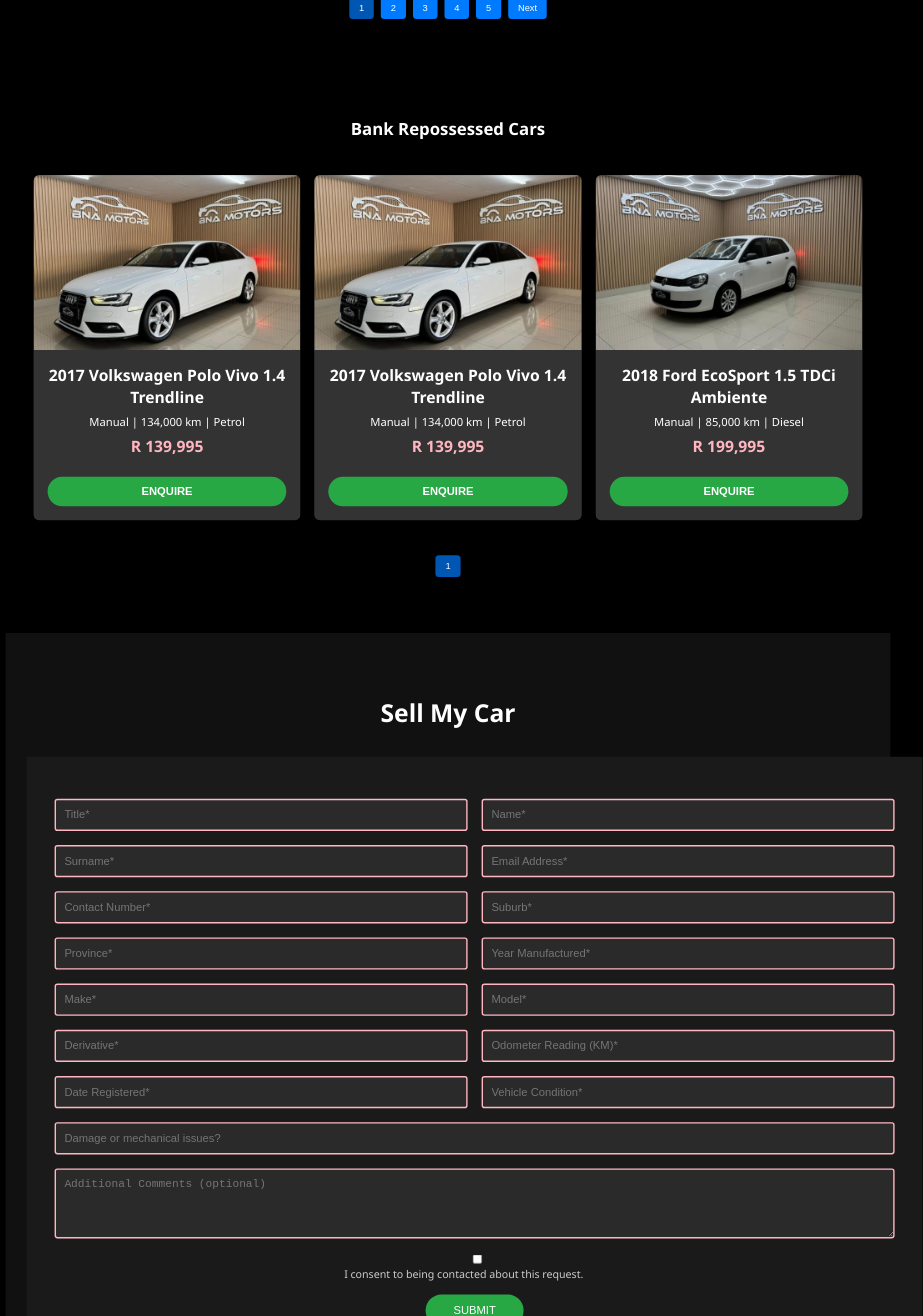
Repository: The-man-of-books/BNA2
Page: index.html
An editor plug-in stored every save of this project. The page is shown before and after the next save, followed by the edit.
The browser window is 1280 px wide. The page is 1318 px wide, so the pictures cover 1318 px, including what lies to the right of the window. The pictures show the part of the page from y = 2313 to 4193 px (the page is 9751 px tall before and 9742 px after), at 70% of full size.

Above is the page before, as saved 2025-07-03 00:10:50.

After the next save:
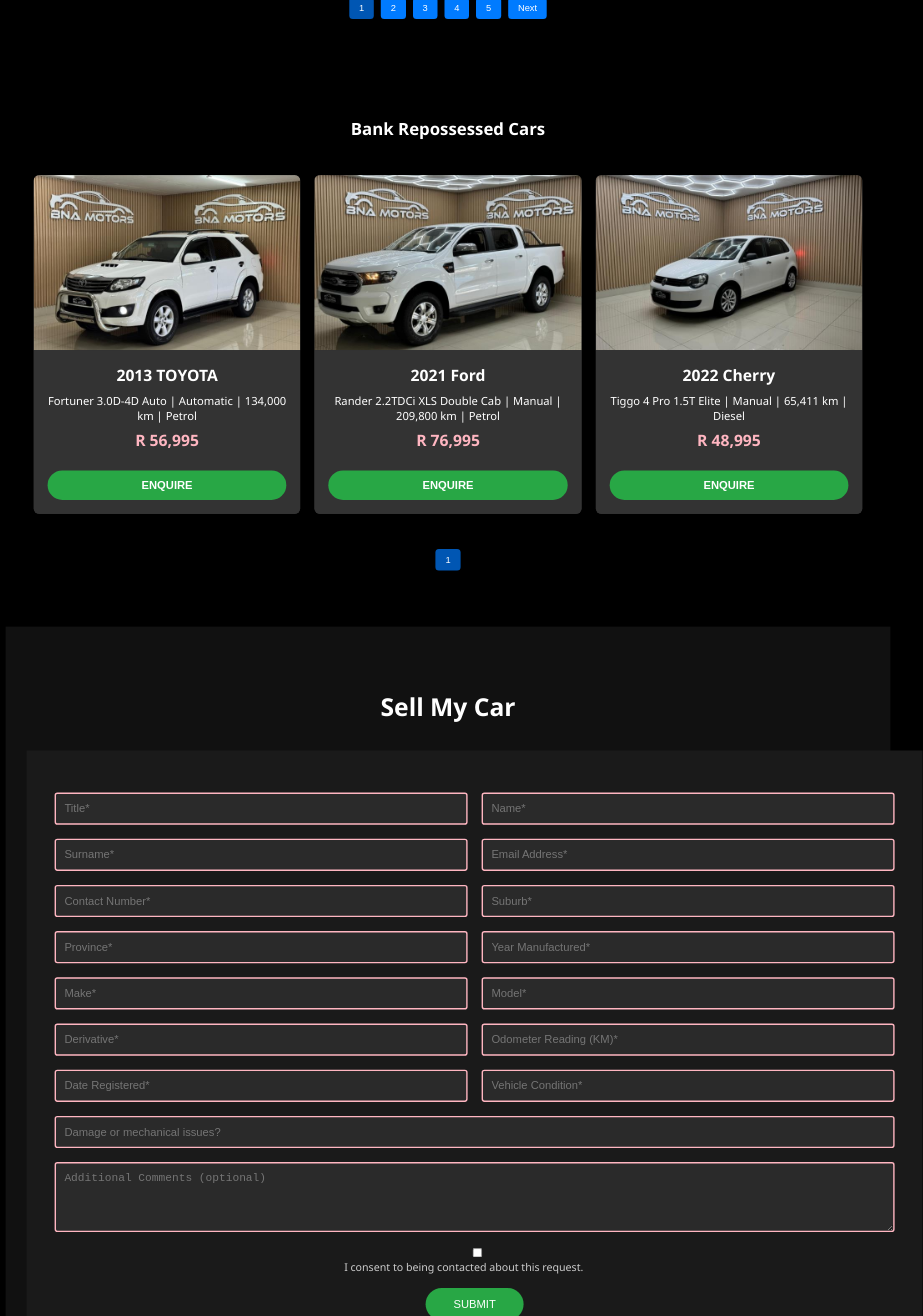
Saved 11 min 3 s later.
--- a/bank-repo-cars.json
+++ b/bank-repo-cars.json
@@ -1,20 +1,20 @@
 [
   {
-    "title": "2017 Volkswagen Polo Vivo 1.4 Trendline",
-    "desc": "Manual | 134,000 km | Petrol",
-    "price": "R 139,995",
-    "image": "images/BNA9122-11.jpeg"
+    "title": "2013 TOYOTA",
+    "desc": "Fortuner 3.0D-4D Auto | Automatic | 134,000 km | Petrol",
+    "price": "R 56,995",
+    "image": "images/BNA9647-1.jpeg"
   },
   {
-    "title": "2017 Volkswagen Polo Vivo 1.4 Trendline",
-    "desc": "Manual | 134,000 km | Petrol",
-    "price": "R 139,995",
-    "image": "images/BNA9122-11.jpeg"
+    "title": "2021 Ford",
+    "desc": "Rander 2.2TDCi XLS Double Cab | Manual | 209,800 km | Petrol",
+    "price": "R 76,995",
+    "image": "images/BNA9717-1.jpeg"
   },
   {
-    "title": "2018 Ford EcoSport 1.5 TDCi Ambiente",
-    "desc": "Manual | 85,000 km | Diesel",
-    "price": "R 199,995",
+    "title": "2022 Cherry",
+    "desc": "Tiggo 4 Pro 1.5T Elite | Manual | 65,411 km | Diesel",
+    "price": "R 48,995",
     "image": "images/BNA9670-1.jpeg"
   }
 ]
